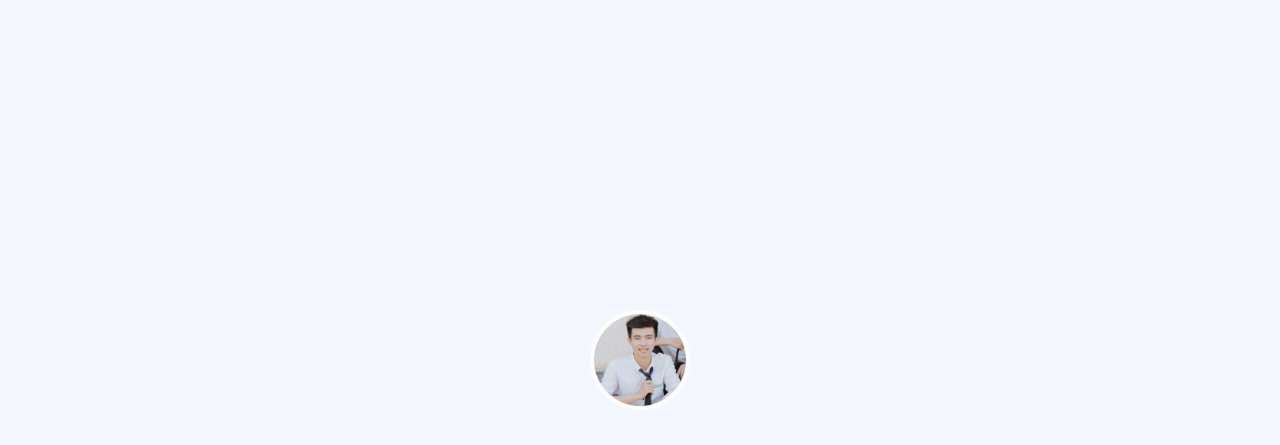
Repository: dinhhaidh/Profile
Page: index.html
An editor plug-in stored every save of this project. The page is shown before and after a run of saves, followed by the edit.
The browser window is 1280 px wide. The pictures show the whole page.
Some web libraries are served in a nearby version.

Above is the page before, as saved 2024-02-29 08:51:45.

After the next 2 saves:
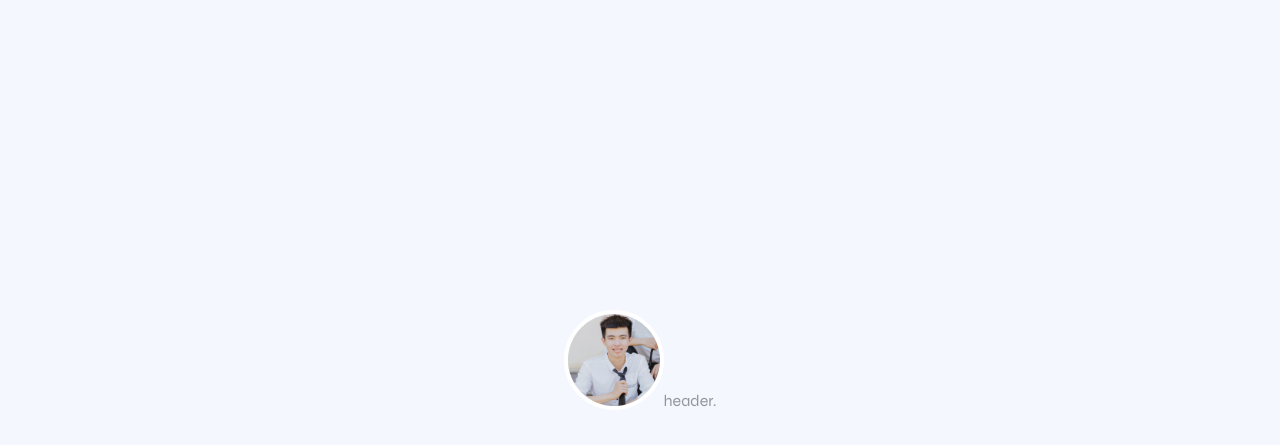
The 2 saves are shown as one change because they came seconds apart.
The last was saved 10 s later.
--- a/index.html
+++ b/index.html
@@ -21,9 +21,7 @@
 
             <div class="card__tooltip">
                 <div class="card__content">
-                    <header>
-
-                    </header>
+                    header.
                 </div>
             </div>
         </article>
